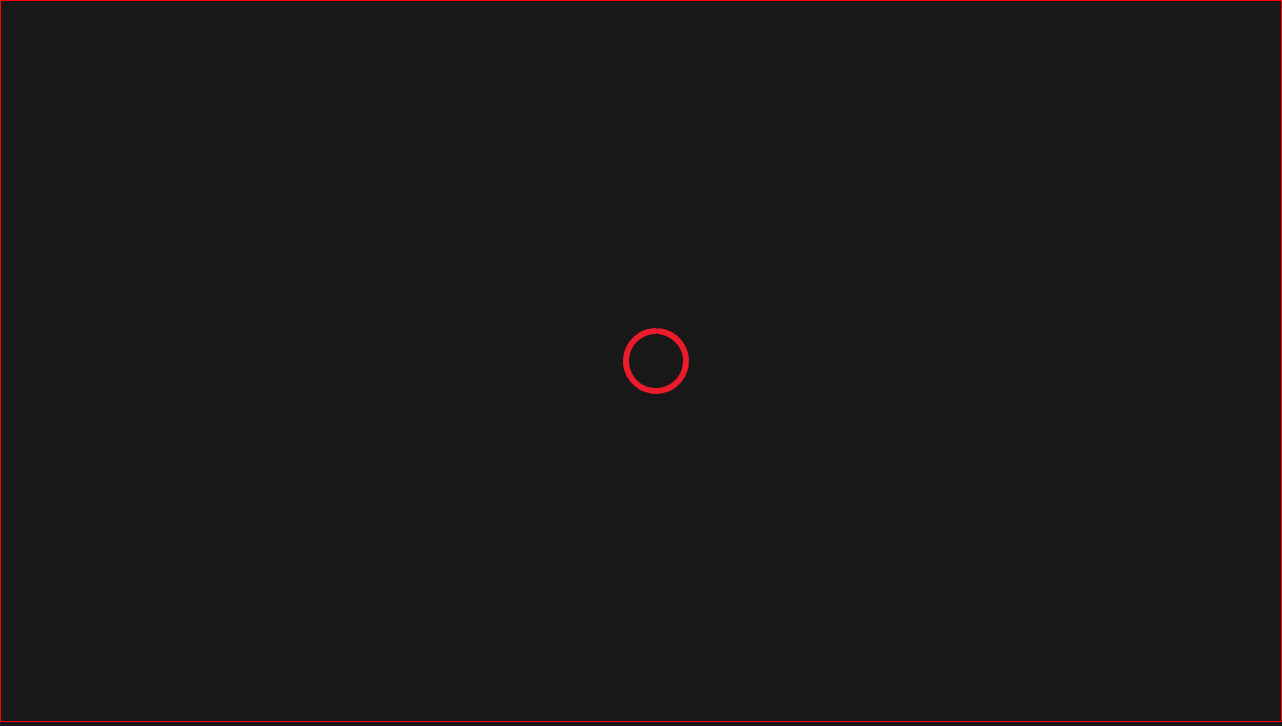
Repository: randy918/chris-canvas-52323
Page: index.html
These files come from the project's save history. The page is drawn as it stood at one moment and after the next save; the edit follows.
The browser window is 1280 px wide. The page is 1282 px wide, so the pictures cover 1282 px, including what lies to the right of the window. The pictures show the whole page.
The style sheet was rebuilt from its Sass, Less or Tailwind sources for each picture, by a compiler version that may differ from the author's.

Above is the page before, as saved 2023-05-28 16:30:08.

After the next save:
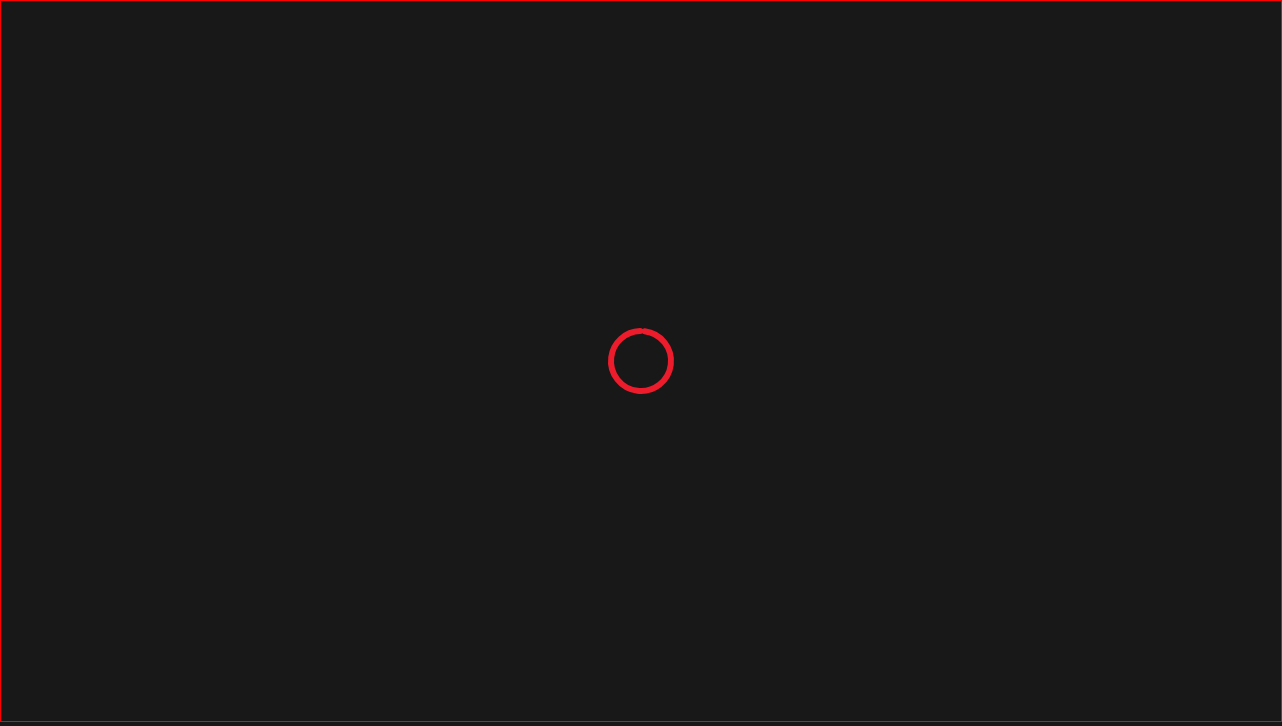
Saved 4 min 46 s later.
--- a/js/canvas.js
+++ b/js/canvas.js
@@ -44,7 +44,7 @@ const main = function () {
 
 		c_Circle(centerX, centerY, 30);
 
-		centerX += dx;
+		c
 	};
 
 	const c_Circle = function (centerX, centerY, size) {
